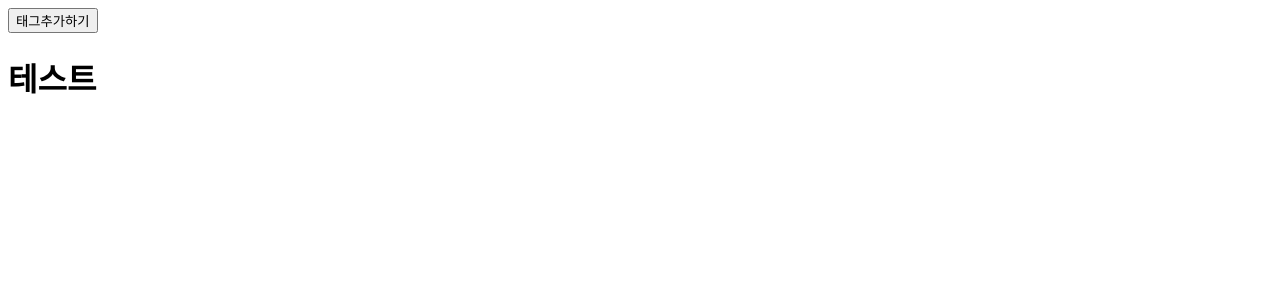
Repository: shouvoo/bitAcademy
Page: work/jsp/06_javascript/WebContent/07_library/test06.html
An editor plug-in stored every save of this project. The page is shown before and after the next save, followed by the edit.
The browser window is 1280 px wide. The pictures show the whole page.
After loading, the first visible `button` was clicked once.

Above is the page before, as saved 2017-11-14 03:53:00.

### work/jsp/06_javascript/WebContent/07_library/test06.html
<!--
	태그 생성 기능 추가하기

	document.createElement("h1");

	$("<h1>");

 -->

<!DOCTYPE html>
<html>
<head>
<meta charset="UTF-8">
<title>Insert title here</title>
<script type="text/javascript" src="jquery.js"></script>
</head>
<body>
	<button>태그추가하기</button>

	<div id="list"></div>

	<script type="text/javascript">

		var $btn = $("button")[0];

		$btn.addEventListener("click", function(e) {
			var h1Obj = $("<h1>").text("테스트");
			console.log(h1Obj)
			//$("#list")[0].apeendChild(h1Obj[0]);
			$("#list").append(h1Obj);
		})

	</script>
</body>
</html>

Loaded but not shown: work/jsp/06_javascript/WebContent/07_library/jquery.js (library)

After the next save:
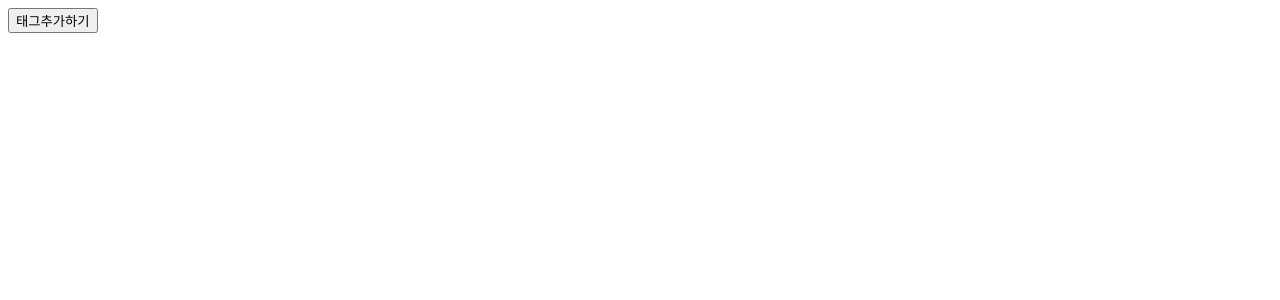
Console error: TypeError: tag is not iterable
Saved 20 s later.
--- a/work/jsp/06_javascript/WebContent/07_library/test06.html
+++ b/work/jsp/06_javascript/WebContent/07_library/test06.html
@@ -27,7 +27,7 @@
 			var h1Obj = $("<h1>").text("테스트");
 			console.log(h1Obj)
 			//$("#list")[0].apeendChild(h1Obj[0]);
-			$("#list").append(h1Obj);
+			$("#list").append(h1Obj[0]);
 		})
 
 	</script>

After the save that followed:
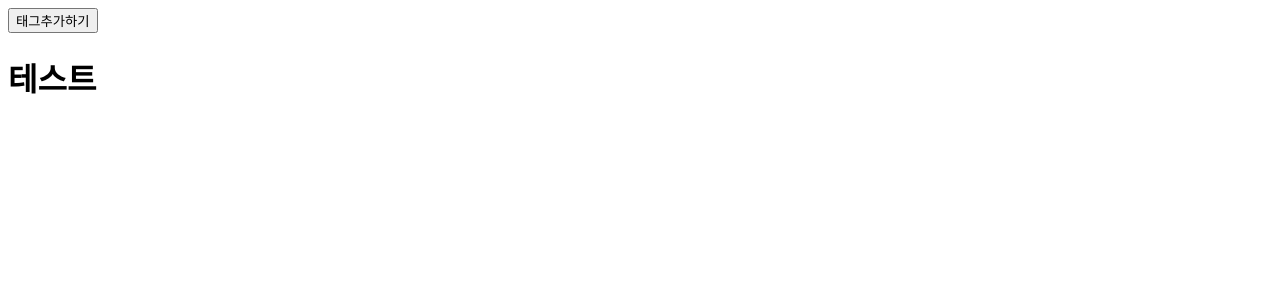
The error is gone.
Saved 19 s later.
--- a/work/jsp/06_javascript/WebContent/07_library/test06.html
+++ b/work/jsp/06_javascript/WebContent/07_library/test06.html
@@ -27,7 +27,7 @@
 			var h1Obj = $("<h1>").text("테스트");
 			console.log(h1Obj)
 			//$("#list")[0].apeendChild(h1Obj[0]);
-			$("#list").append(h1Obj[0]);
+			$("#list").append(h1Obj);
 		})
 
 	</script>
